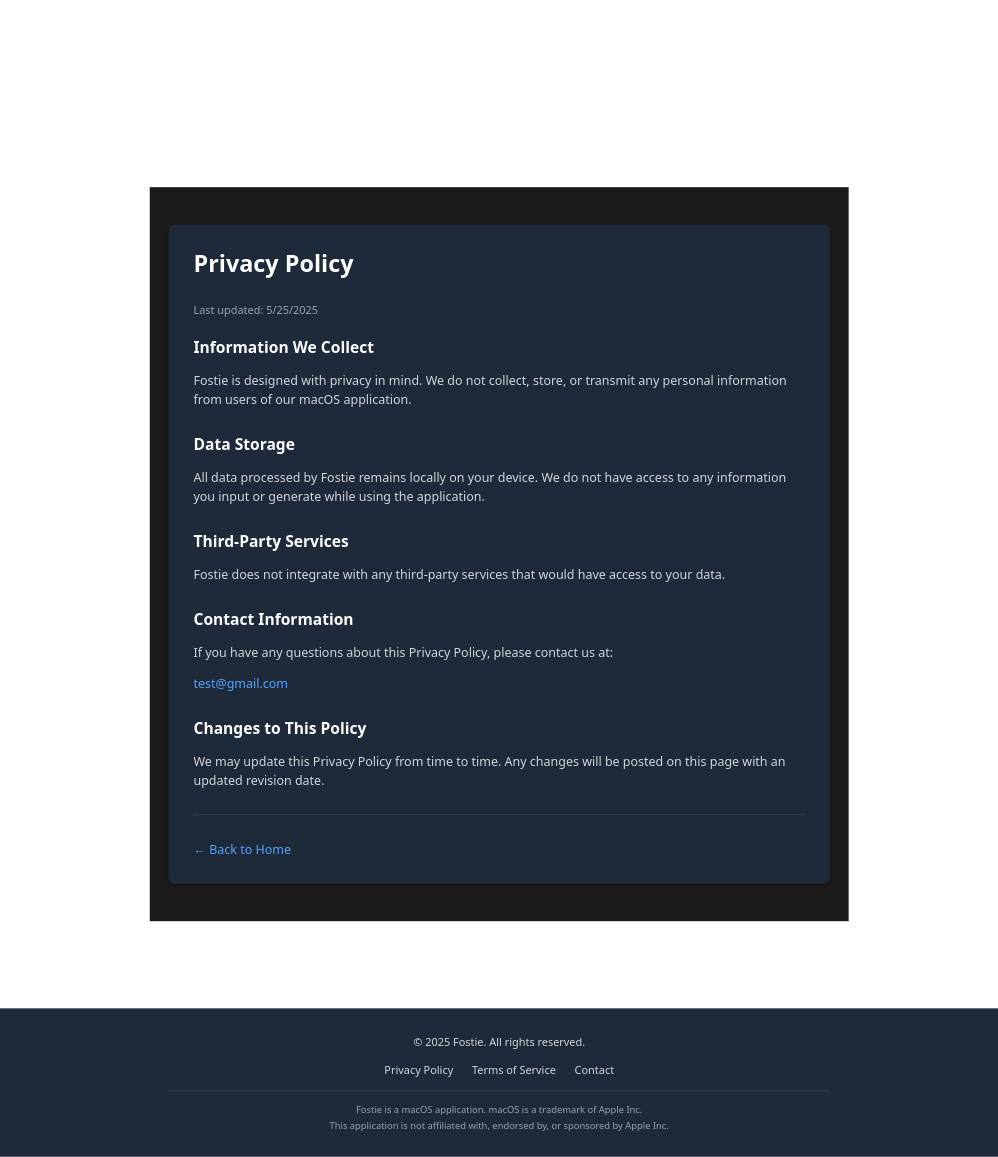
Repository: atimael/fostie-web
Page: /privacy
These files come from the project's save history. The page is drawn as it stood at one moment and after the next save; the edit follows.
The browser window is 1280 px wide. The pictures show the whole page, at 78% of full size.
The project was rebuilt for these pictures with package versions that can differ from the ones it lists, and the page was loaded fresh each time. The framework's server and built-in components were replaced by stand-ins that run in the browser. Also part of the build but not shown: next.config.js.

Above is the page before, as saved 2025-05-26 21:50:33.

After the next save:
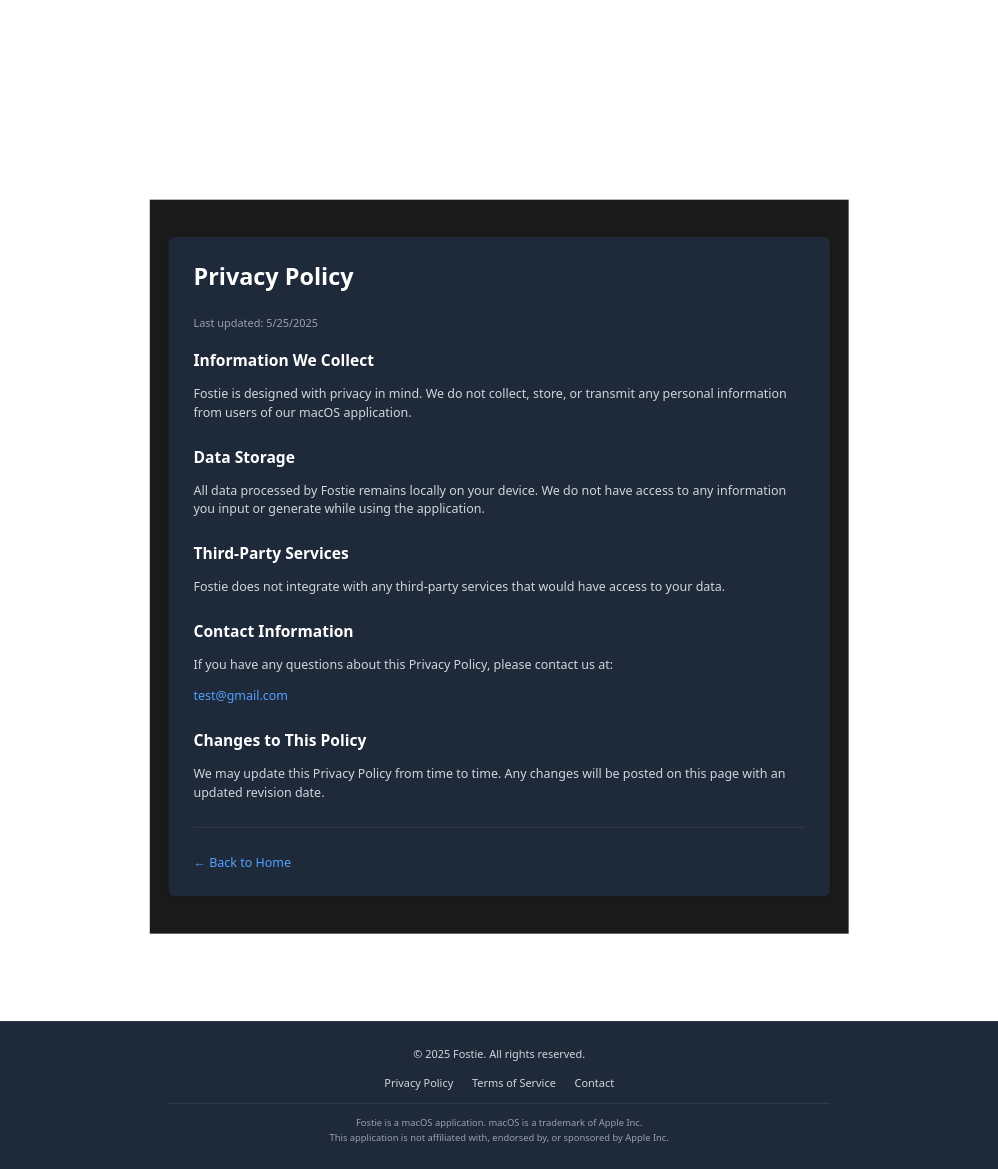
Saved 22 s later.
--- a/components/header.tsx
+++ b/components/header.tsx
@@ -1,6 +1,6 @@
 export default function Header() {
   return (
-    <header className="justify-between flex items-center dark:text-white">
+    <header className="justify-between flex items-center dark:text-white py-2 px-4">
       <div>
         <h1 className="text-4xl font-bold  text-center">Fostie</h1>
       </div>
